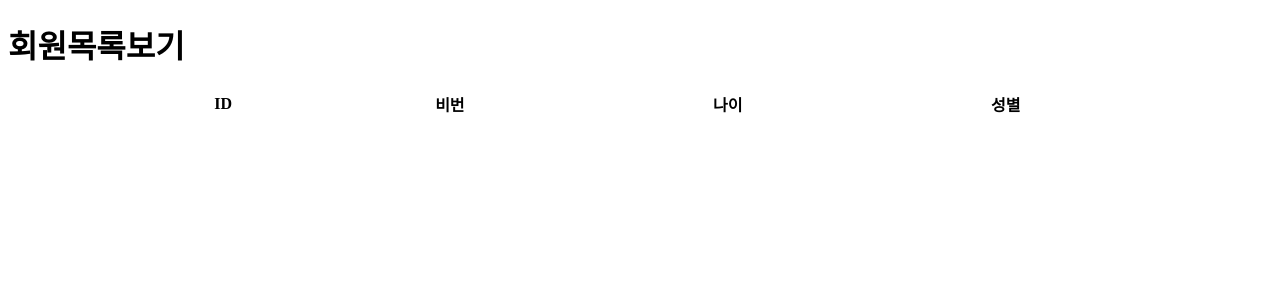
Repository: emthrology/servertest
Page: http://localhost/practices/callList
These files come from the project's save history. The page is drawn as it stood at one moment and after the next save; the edit follows.
The browser window is 1280 px wide. The pictures show the whole page.
The page is served by Tomcat 9. Other server files are loaded and not shown. Queries for data that is not in the repository find no rows.

Above is the page before, as saved 2019-05-17 05:46:21.

### apache/practices/WebContent/WEB-INF/views/member/memberList.jsp
<%@ page language="java" contentType="text/html; charset=UTF-8"
    pageEncoding="UTF-8"%>
    <%@ taglib uri="http://java.sun.com/jsp/jstl/core" prefix="c" %>
<!DOCTYPE html>
<html>
<head>
<meta charset="UTF-8">
<title>회원목록</title>
</head>
<body>
	<h1>회원목록보기</h1>
	<table class="table table-hover" style="text-align:center; width:80%; margin:0 auto;">
		<tr>
			<th>ID</th><th>비번</th><th>나이</th><th>성별</th>
		</tr>
		<c:forEach items="${list }" var="m1">
			<tr>
				<td>${m1.memberId }</td>
				<td>${m1.memberPw }</td>
				<td>${m1.age }</td>
				<td>${m1.sexualable }</td>
			</tr>
		</c:forEach>
	</table>
</body>
</html>

### apache/practices/src/member/controller/CallListServlet.java
package member.controller;

import java.io.IOException;
import java.util.ArrayList;

import javax.servlet.ServletException;
import javax.servlet.annotation.WebServlet;
import javax.servlet.http.HttpServlet;
import javax.servlet.http.HttpServletRequest;
import javax.servlet.http.HttpServletResponse;

import member.model.service.MemberService;
import member.model.vo.Member;

/**
 * Servlet implementation class CallListServlet
 */
@WebServlet(name = "CallList", urlPatterns = { "/callList" })
public class CallListServlet extends HttpServlet {
	private static final long serialVersionUID = 1L;

    /**
     * @see HttpServlet#HttpServlet()
     */
    public CallListServlet() {
        super();
        // TODO Auto-generated constructor stub
    }

	/**
	 * @see HttpServlet#doGet(HttpServletRequest request, HttpServletResponse response)
	 */
	protected void doGet(HttpServletRequest request, HttpServletResponse response) throws ServletException, IOException {
		request.setCharacterEncoding("utf-8");
		ArrayList<Member> list = new MemberService().callList();
		if(list != null) {
			request.setAttribute("list", list);
			request.getRequestDispatcher("/WEB-INF/views/member/memberList.jsp").forward(request, response);
		}
	}

	/**
	 * @see HttpServlet#doPost(HttpServletRequest request, HttpServletResponse response)
	 */
	protected void doPost(HttpServletRequest request, HttpServletResponse response) throws ServletException, IOException {
		// TODO Auto-generated method stub
		doGet(request, response);
	}

}

### apache/practices/src/member/model/service/MemberService.java
package member.model.service;

import java.sql.Connection;
import java.sql.SQLException;
import java.util.ArrayList;

import common.JDBCTemplate;
import member.model.dao.MemberDao;
import member.model.vo.Member;

public class MemberService {

	public int join(Member m) throws SQLException {
		Connection conn = JDBCTemplate.getConnection();
		int result = new MemberDao().join(conn,m);
		if(result>0) {
			JDBCTemplate.commit(conn);
		} else {
			JDBCTemplate.rollback(conn);
		}
		JDBCTemplate.close(conn);
		return result;
	}

	public Member login(String memberId, String memberPw) {
		Connection conn = JDBCTemplate.getConnection();
		Member m = new MemberDao().login(conn, memberId,memberPw);
		JDBCTemplate.close(conn);
		return m;
	}

	public ArrayList<Member> callList() {
		Connection conn = JDBCTemplate.getConnection();
		ArrayList<Member> list = new MemberDao().callList(conn);
		JDBCTemplate.close(conn);
		return list;
	}

}

### apache/practices/src/common/JDBCTemplate.java
package common;
import java.sql.*;
public class JDBCTemplate {
	public static Connection getConnection() {
		Connection conn = null;
		try {
			Class.forName("oracle.jdbc.driver.OracleDriver");
			conn = DriverManager.getConnection("jdbc:oracle:thin:@localhost:49161:xe", "system", "oracle");
			conn.setAutoCommit(false);
		} catch (ClassNotFoundException e) {
			// TODO Auto-generated catch block
			e.printStackTrace();
		} catch (SQLException e) {
			// TODO Auto-generated catch block
			e.printStackTrace();
		}
		return conn;
	}

	public static void close(Statement stmt) {
		try {
			if(stmt!=null && !stmt.isClosed()) {
				stmt.close();
			}
		} catch (SQLException e) {
			// TODO Auto-generated catch block
			e.printStackTrace();
		}
	}

	public static void close(ResultSet rset) {
		try {
			if(rset!=null && !rset.isClosed()) {
				rset.close();
			}
		} catch (SQLException e) {
			// TODO Auto-generated catch block
			e.printStackTrace();
		}
	}

	public static void close(Connection conn) {
		try {
			if(conn!=null && !conn.isClosed()) {
				conn.close();
			}
		} catch (SQLException e) {
			// TODO Auto-generated catch block
			e.printStackTrace();
		}
	}

	public static void commit(Connection conn) {
		try {
			if(conn !=null && !conn.isClosed()) {
				conn.commit();
			}
		} catch (SQLException e) {
			// TODO Auto-generated catch block
			e.printStackTrace();
		}
	}

	public static void rollback(Connection conn) {
		try {
			if(conn !=null && !conn.isClosed()) {
				conn.rollback();
			}
		} catch (SQLException e) {
			// TODO Auto-generated catch block
			e.printStackTrace();
		}
	}
}

### apache/practices/src/member/model/dao/MemberDao.java
package member.model.dao;

import java.io.FileReader;
import java.io.IOException;
import java.sql.Connection;
import java.sql.PreparedStatement;
import java.sql.ResultSet;
import java.sql.SQLException;
import java.sql.Statement;
import java.util.ArrayList;
import java.util.Properties;

import common.JDBCTemplate;
import member.model.vo.Member;

public class MemberDao {
	private Properties prop = new Properties();
	public MemberDao() {
		String filename = MemberDao.class.getResource("/sqls/member/memberQuery.properties").getPath();
		try {
			prop.load(new FileReader(filename));
		} catch (IOException e) {
			// TODO Auto-generated catch block
			e.printStackTrace();
		}
	}

	public int join(Connection conn, Member m) throws SQLException {
		int result = 0;
		PreparedStatement pstmt = null;
		String query = prop.getProperty("join");
		pstmt = conn.prepareStatement(query);
		pstmt.setString(1, m.getMemberId());
		pstmt.setString(2, m.getMemberPw());
		pstmt.setInt(3, m.getAge());
		pstmt.setInt(4, m.getSex());
		result = pstmt.executeUpdate();
		JDBCTemplate.close(pstmt);
		return result;
	}

	public Member login(Connection conn, String memberId, String memberPw) {
		Member m = null;
		PreparedStatement pstmt = null;
		ResultSet rset = null;
		String query = prop.getProperty("login");
		try {
			pstmt = conn.prepareStatement(query);
			pstmt.setString(1, memberId);
			pstmt.setString(2, memberPw);
			rset = pstmt.executeQuery();
			if(rset.next()) {
				m = new Member();
				m.setMemberId(rset.getString("member_id"));
			}
		} catch (SQLException e) {
			// TODO Auto-generated catch block
			e.printStackTrace();
		} finally {
			JDBCTemplate.close(rset);
			JDBCTemplate.close(pstmt);
		}
		return m;
	}

	public ArrayList<Member> callList(Connection conn) {
		ArrayList<Member> list = null;
		Statement stmt = null;
		ResultSet rset = null;
		String query = prop.getProperty("callList");
		try {
			stmt = conn.createStatement();
			rset = stmt.executeQuery(query);
			list = new ArrayList<Member>();
			while(rset.next()) {
				Member m = new Member();
				m.setMemberId(rset.getString("member_id"));
				m.setMemberPw(rset.getString("member_pw"));
				m.setAge(rset.getInt("age"));
				list.add(m);
			}
		} catch (SQLException e) {
			// TODO Auto-generated catch block
			e.printStackTrace();
		} finally {
			JDBCTemplate.close(rset);
			JDBCTemplate.close(stmt);
		}
		return list;
	}

}

After the next save:
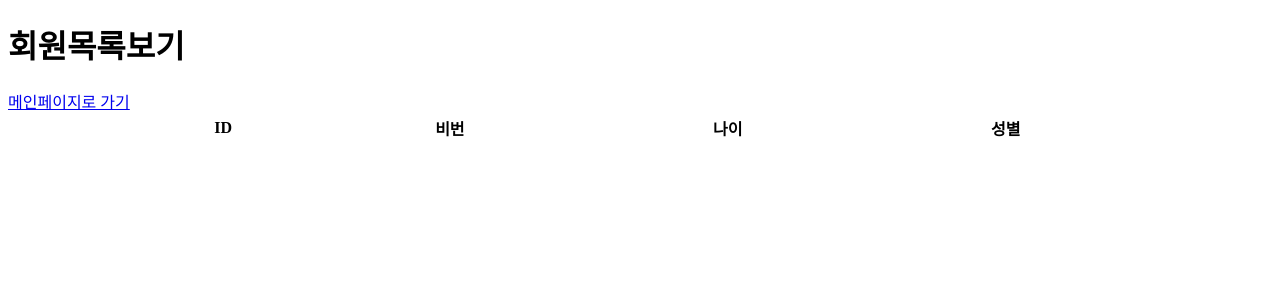
Saved 2 min 1 s later.
--- a/apache/practices/WebContent/WEB-INF/views/member/memberList.jsp
+++ b/apache/practices/WebContent/WEB-INF/views/member/memberList.jsp
@@ -21,6 +21,7 @@
 				<td>${m1.sexualable }</td>
 			</tr>
 		</c:forEach>
+		<a href="/">메인페이지로 가기</a>
 	</table>
 </body>
 </html>
